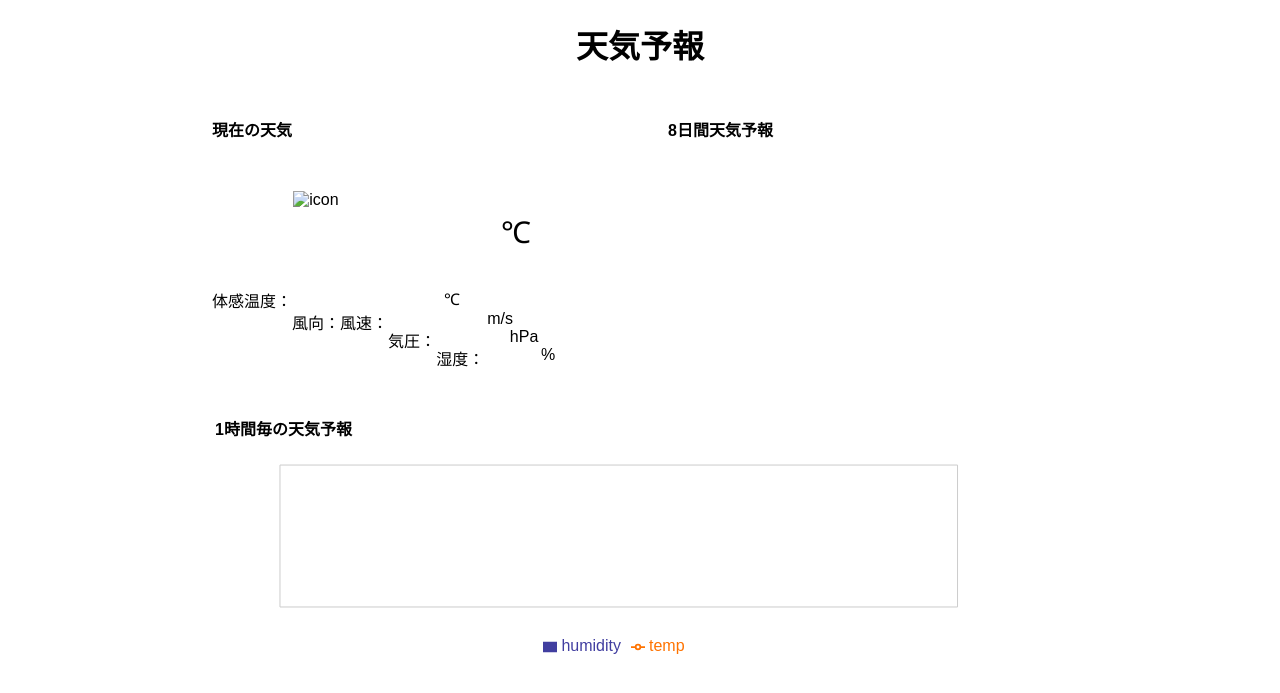
Repository: IshigureTomoki/weather-app
Page: /
These files come from the project's save history. The page is drawn as it stood at one moment and after a run of saves; the edit follows.
The browser window is 1280 px wide. The pictures show the whole page.
The page's requests for data from a server got no answer. The project was rebuilt for these pictures with package versions that can differ from the ones it lists, and the page was loaded fresh each time. No one was signed in, and anything a server would have sent is missing.

Above is the page before, as saved 2022-02-25 15:12:05.

After the next 4 saves:
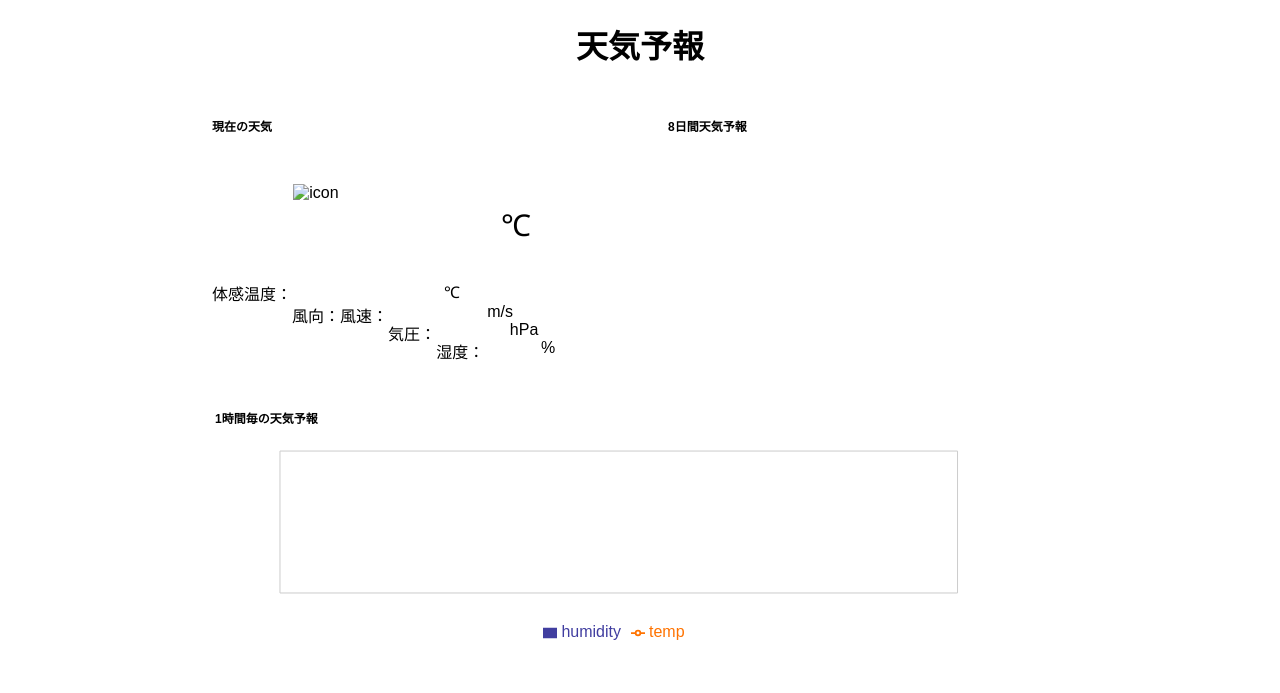
The 4 saves are shown as one change because they came seconds apart.
The last was saved 16 s later.
--- a/src/App.css
+++ b/src/App.css
@@ -86,5 +86,5 @@ dt::after {
   text-align: left;
   margin: 0px 0px 20px 0px;
   font-weight: bold;
-  /* color: #666; */
+  font-size: 12px;
 }
